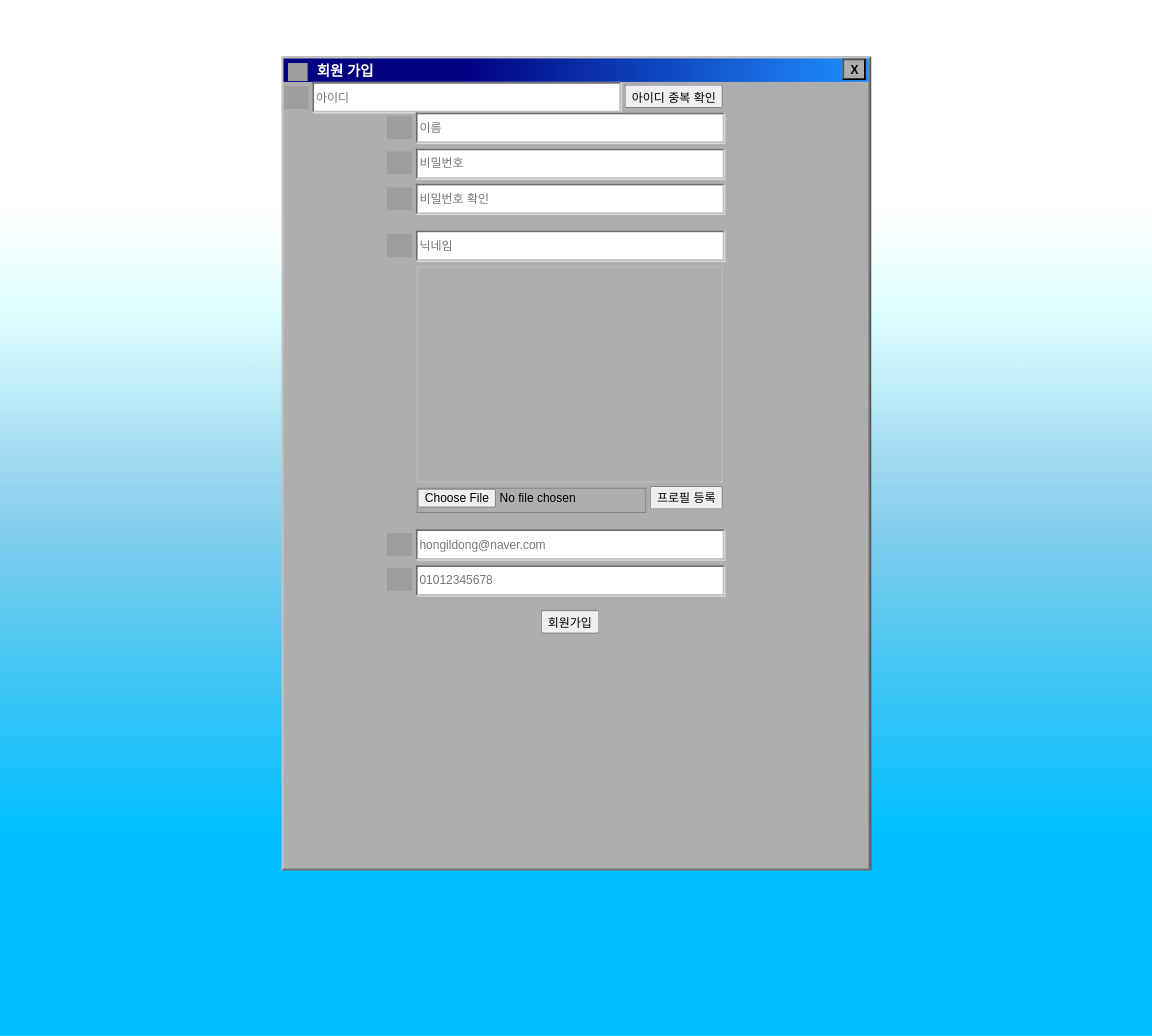
Repository: SEOGWANGWON/semi-finally
Page: http://localhost/semi_team/SHINeeRegister.jsp
These files come from the project's save history. The page is drawn as it stood at one moment and after the next save; the edit follows.
The browser window is 1280 px wide. The pictures show the whole page, at 90% of full size.
Pictures or frames that could not be fetched are drawn as grey boxes. The page is served by Tomcat 9. Other server files are loaded and not shown.

Above is the page before, as saved 2023-11-17 02:56:04.

### semi_team/src/main/webapp/SHINeeRegister.jsp
<%@ page language="java" contentType="text/html; charset=UTF-8"
    pageEncoding="UTF-8"%>
<!DOCTYPE html>
<html lang="ko">
    <head>
        <meta charset="UTF-8">
        <title>SHINee Music회원가입 페이지</title>
        <link rel="stylesheet" type="text/css" href="css/광원님.css">
    </head>
    <body>
        <div class="pageColor">
            <div class="TabColor"><img src="images/mypage.png" class="TabiconImage"><strong class="TabTextStyle">회원 가입</strong>
                <button id="pageCloseButton" type="button" class="pageCloseButton" onclick="closeButton()"><Strong class="pageCloseButtonText">X</Strong></button>
            </div>
			<div id="divid">
	                    <label for="id">
	                        <img class="iconImg" src="images/user.png">
	                    </label>
	                    <input id="id" name="id" type="text" oninput="idCheck()"  placeholder="아이디" autocomplete="off">
	                    									<!--  oninput = 입력할때마다 실시간 체크   autocomplete="off" 자동완성 기능 off -->
	                    <button id="idButton" type="button" name="idButton">아이디 중복 확인</button> <!--  onclick="idDbCheck()" -->
	                    <span id="ruleid"></span> <!--  <input type="hidden" name="idCheckBox" id="idCheckBox" value="idUnCheck">  -->
	                </div>
                <form id="createAccount" action="SHINeeRegisterServlet" method="post" enctype="multipart/form-data">

	                <div>
	                    <label for="name">
	                        <img class="iconImg" src="images/name.png">
	                    </label>
	                    <input id="name" name="name" type="text" oninput="nameCheck()" placeholder="이름" autocomplete="off">
	                    <p id="rulename"></p>
	                </div>
	                <div>
	                    <label for="pw">
	                        <img class="iconImg" src="images/password.png">
	                    </label>
	                    <input id="pw" name="pw" type="password" oninput="pwCheck()"  placeholder="비밀번호" autocomplete="off">
	                    <p id="rulepm"></p>
	                </div>
	                <div>
	                    <label for="checkpw">
	                       <img class="iconImg" src="images/passwordcheck.png">
	                    </label>
	                    <input id="checkpw" type="password" oninput="pwCheck()" placeholder="비밀번호 확인">
	                    <span id="checkpm"></span>
	                </div>
	                <br>
	                <div>
	                    <label for="nickname">
	                        <img class="iconImg" src="images/profile.png">
	                    </label>
	                    <input id="nickname" name="nickname" type="text" oninput="nicknameCheck()" placeholder="닉네임" autocomplete="off">
	                    <p id="rulenickname"></p>
	                </div>

	                <div>
	                    <div id="profileContainer">
	                        <!-- 프로필 사진을 표시할 컨테이너 -->
	                        <img id="uploadProfile">
	                    </div>
	                    <input type="file" id="profileInput" name="profileInput" accept="image/*" style="margin: 0 0 0 6%;">
	                    <button id="profileUploadButton" type="button">프로필 등록</button>
	                </div>
	                <br>
	                <div>
	                    <label for="emailid">
	                        <img class="iconImg" src="images/email.png">
	                    </label>
	                    <input id="emailid" type="email" name="emailid"  oninput="userEmailCheck()" placeholder="hongildong@naver.com" autocomplete="off">
	                    <p id="ruleemail"></p>
	                </div>
	                <div>
	                    <label for="phoneNumber">
	                        <img class="iconImg" src="images/phone.png">
	                    </label>
	                    <input id="phoneNumber" name="phoneNumber" type="text" oninput="userPhoneCheck()" placeholder="01012345678" autocomplete="off">
	                    <p id="rulephoneNumber"></p>
	                </div>
	                <button id="createUserButton" onclick="CreateUser()">회원가입</button>

            	</form>

       	</div>
       	<script src="https://code.jquery.com/jquery-3.7.1.js"
        integrity="sha256-eKhayi8LEQwp4NKxN+CfCh+3qOVUtJn3QNZ0TciWLP4="
        crossorigin="anonymous"></script>
       	<script src="js/CreateAccountPage.js">
        </script>
    </body>
</html>

### semi_team/src/main/webapp/css/광원님.css
@charset "UTF-8";
body{
    background: linear-gradient(white 20%,lightCyan 30%, skyBlue 50%, deepSkyBlue 80% ) ;
    height: 1080px;
}
.pageColor{
    width: 650px;
    height: 900px;
    margin: 0 auto;
    margin-top: 5%;
    border: 2px outset rgb(199, 195, 195);
    box-shadow: 1px 0 0 0 rgb(41, 41, 41);
    background-color: rgb(175, 174, 174);
}
#phoneNumber{
    width: 335px;
    height: 28px;
    border: 2px inset rgb(194, 192, 192);
    box-shadow: 1px 1px 1px 0 rgb(224, 222, 222);
}
#nickname{
    width: 335px;
    height: 28px;
    border: 2px inset rgb(194, 192, 192);
    box-shadow: 1px 1px 1px 0 rgb(224, 222, 222);

}
#id{
    width: 335px;
    height: 28px;
    border: 2px inset rgb(194, 192, 192);
    box-shadow: 1px 1px 1px 0 rgb(224, 222, 222);
}
#pw,#checkpw{
    width: 335px;
    height: 28px;
    border: 2px inset rgb(194, 192, 192);
    box-shadow: 1px 1px 1px 0 rgb(224, 222, 222);
}


#createAccount{
    width: 550px;
    height: 650px;
    margin-left: 10%;
    padding: 0 50px 50px;
    border-radius: 5%;
}
#emailid{
    width: 335px;
    height: 28px;
    border: 2px inset rgb(194, 192, 192);
    box-shadow: 1px 1px 1px 0 rgb(224, 222, 222);
}
input{
    border: 1.5px solid gray;
}
button{
    height: 26px;
}
input{
    height: 26px;
}
.pawnTab{
    width: 600px;

}
.iconImg{
    width: 28px;
    height: 26px;
    margin-bottom: -8px;
}
.TabColor{
    height: 26px;
    background: linear-gradient(to right,navy 30%, dodgerblue );
}
.TabiconImage{
    margin: 0 -3px -6px 5px;
    width: 22px;
    height: 20px;
}
.TabTextStyle{
    margin: 0 0 0 2%;
    color: white;
}
.pageCloseButton{
    float: right;
    margin: 0 0.5% -5% 0;
    width: 26px;
    height: 24px;
    padding: 3px;
    background-color: rgb(175, 174, 174);
}
.pageCloseButtonText{
    margin: 0 0 0 10%;
}
#uploadProfile{
    width: 340px;
    height: 240px;
    margin: 0 0 0 6%;
}
@font-face {
    font-family: 'Ramche';
    src: url('https://cdn.jsdelivr.net/gh/projectnoonnu/noonfonts_2307-1@1.1/Ramche.woff2') format('woff2');
    font-weight: normal;
    font-style: normal;
}
#checkpm{
    width: 150px;
    margin: 0;
    padding: 0;
}
#name{
    width: 335px;
    height: 28px;
    border: 2px inset rgb(194, 192, 192);
    box-shadow: 1px 1px 1px 0 rgb(224, 222, 222);
}
#createUserButton{
    margin: 2% 0 0 31%;
}

#ruleid, #rulephoneNumber, #ruleemail, #rulenickname, #rulepm, #rulename{
    font-size: 13px;
    font-weight: 800;
    color: rgb(255, 0, 0);
    padding: 0;
    margin: 1% 0 1% 6%;
}

### semi_team/src/main/webapp/js/CreateAccountPage.js
document.getElementById("profileUploadButton").addEventListener("click", function(){
    var fileInput = document.getElementById("profileInput");
    var uploadImage = document.getElementById("uploadProfile");
    var imageContainer = document.getElementById("profileContainer");

    if(fileInput.files.length > 0){
        var file = fileInput.files[0];
        var reader = new FileReader();

        reader.onload = function(e){
            uploadImage.src = e.target.result;
            imageContainer.style.display = "block";
        };

        reader.readAsDataURL(file);
    } else{
        alert("프로필 사진을 넣어야 합니다.");
    };
});

function closeButton(){

    if(confirm("회원가입을 취소하시겠습니까?.")){
        alert("회원가입이 취소되었습니다.")
        var pageMove = "https://music.apple.com/kr/browse";
        location.href=pageMove;
    };
};

function idCheck(){

	var userid = document.getElementById("id").value;
	const idPattarn =  /^[A-za-z0-9]{4,12}$/;

	if(idPattarn.test(userid)){
		$('#ruleid').text('조건 일치').css('color', 'green');
	}else{
        $('#ruleid').text("아이디는 4 ~ 12 자의 숫자,영어 로만 구성되어야합니다").css('color', 'red');
     };

     document.userInfo.idCheckBox.value = "idUnCheck"

};



/*
function idDbCheck(){
	const a = docu
	a.value
	window.name = "parentForm";
	window.open("Id_Check.jsp?=",
	"checkForm", "width=500, height=300, resizable = no, scrollbars = no");

	}
	*/


function nameCheck(){

    var username = document.getElementById("name").value;
    const namePattarn = /^[가-힣]{1,15}$/;

    if(namePattarn.test(username)){
		$('#rulename').text('조건 일치').css('color', 'green');
	}else{
        $('#rulename').text("이름은 15자 이하의 한글로만 구성되어야 합니다.").css('color', 'red');
     };
};


function pwCheck(){

	var password = document.getElementById("pw").value;
    const passwordPattarn = /^(?=.*[a-z])(?=.*[A-Z])(?=.*\d)(?=.*[@$!%*?&])[A-Za-z\d@$!%*?&]{6,32}$/;

    if(passwordPattarn.test(password)){
		$('#rulepm').text('조건 일치').css('color', 'green');
	}else{
        $('#rulepm').text("비밀번호는 6 ~ 32자의 영문, 대문자, 소문자, 특수문자, 숫자를 포함해야합니다.").css('color', 'red');
     };

    if($('#pw').val() == $('#checkpw').val()){
        $('#checkpm').text('비밀번호 일치').css('color', 'green');
    }else{
        $('#checkpm').text('비밀번호가 불일치').css('color', 'red');
    };
};

function nicknameCheck(){

    var userNickname = document.getElementById("nickname").value;
    const nicknamePattarn =  /^[가-힣A-za-z0-9]{1,20}$/;

    if(nicknamePattarn.test(userNickname)){
		$('#rulenickname').text('조건 일치').css('color', 'green');
	}else{
        $('#rulenickname').text("닉네임은 20자 이하의 영어,숫자,한글로만 구성되어야 합니다.").css('color', 'red');
     };

};

function userEmailCheck(){

    var userEmail = document.getElementById("emailid").value;
    const emailPattarn =  /^[A-Za-z-0-9\-\.]+@[A-Ja-z-0-9\-\.]+\.[A-Ja-z-0-9]+$/;

    if(emailPattarn.test(userEmail)){
		$('#ruleemail').text('조건 일치').css('color', 'green');
	}else{
        $('#ruleemail').text("이메일은 80자 이하의 @과.를 포함한 영어, 숫자로만 구성되어야 합니다.").css('color', 'red');
     };
};

function userPhoneCheck(){

    var userPhone = document.getElementById("phoneNumber").value;
    const phonePattarn = /^(010|011)[0-9]{8}$/;

    if(phonePattarn.test(userPhone)){
		$('#rulephoneNumber').text('조건 일치').css('color', 'green');
	}else{
        $('#rulephoneNumber').text("올바른 번호가 아닙니다.").css('color', 'red');
     };
}






function CreateUser(){

    var userid = document.getElementById("id").value;
    var username = document.getElementById("name").value;
    var password = document.getElementById("pw").value;
    var passwordCheck = document.getElementById("checkpw").value;
    var userNickname = document.getElementById("nickname").value;
    var userEmail = document.getElementById("emailid").value;
    var userPhone = document.getElementById("phoneNumber").value;
    //var idCheckBox = document.getElementById("idCheckBox").value;



    const idPattarn =  /^[A-za-z0-9]{4,12}$/;
    const namePattarn = /^[가-힣]{1,15}$/;
    const passwordPattarn = /^(?=.*[a-z])(?=.*[A-Z])(?=.*\d)(?=.*[@$!%*?&])[A-Za-z\d@$!%*?&]{6,32}$/;
    const nicknamePattarn =  /^[가-힣A-za-z0-9]{1,20}$/;
    const emailPattarn =  /^[A-Za-z-0-9\-\.]+@[A-Ja-z-0-9\-\.]+\.[A-Ja-z-0-9]+$/;
    const phonePattarn = /^(010|011)[0-9]{8}$/;

    if(!userid.match(idPattarn)){
        alert("아이디는 4 ~ 12 자의 숫자,영어 로만 구성되어야합니다");
        return false;
   /* else if(idCheckBox !="idOnCheck"){
        alert("아이디 중복체크를 하셔야합니다.")
        return false;
        }*/

    }else if(!username.match(namePattarn)){
        alert("이름은 15자 이하의 한글로만 구성되어야 합니다.");
        return false;
    }else if(!password.match(passwordPattarn)){
        alert("비밀번호는 6 ~ 32자의 영문, 대문자, 소문자, 특수문자, 숫자를 포함해야합니다.");
        return false;
    }else if(password !== passwordCheck){
        alert("비밀번호가 일치하지 않습니다.");
        return false;
    }else if(!userNickname.match(nicknamePattarn)){
        alert("닉네임은 20자 이하의 영어,숫자,한글로만 구성되어야 합니다.");
        return false;
    }else if(!userEmail.match(emailPattarn)){
        alert("이메일은 80자 이하의 @과.를 포함한 영어, 숫자로만 구성되어야 합니다.")
        return false;
    }else if(!userPhone.match(phonePattarn)){
        alert("올바른 번호가 아닙니다.");
        return false;
    }
    alert("SHINee Musci에 오신걸 환영합니다!")



	/*
	var idCheckResult = $('#idCheckBox').val();

    // 아이디 중복 확인이 되었는지 확인
    if (idCheckResult === 'idUnCheck') {
        alert('아이디 중복 확인을 해주세요.');
        return;
    }
    */





    //alert("회원가입이 정상적으로 완료되었습니다!.");
    //var pageMove = "https://music.apple.com/kr/browse";
    //location.href=pageMove;     // ( 현재 페이지에서 이동 )

    // window.open(사이트링크) ( 새창 열기 )


     }

After the next save:
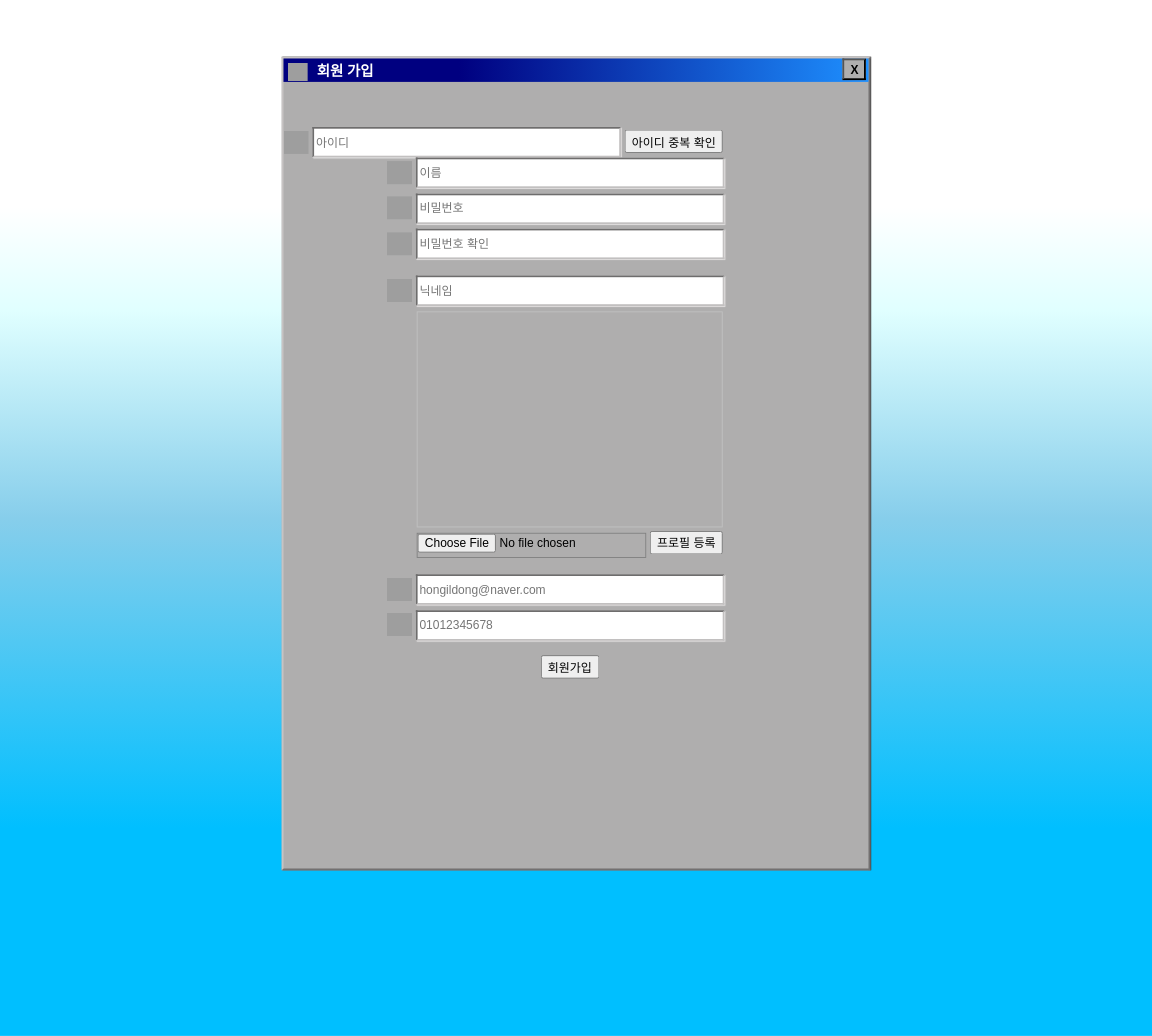
Saved 42 s later.
--- a/semi_team/src/main/webapp/css/광원님.css
+++ b/semi_team/src/main/webapp/css/광원님.css
@@ -37,7 +37,9 @@ body{
     border: 2px inset rgb(194, 192, 192);
     box-shadow: 1px 1px 1px 0 rgb(224, 222, 222);
 }
-
+#divid{
+	padding: 50px 0 0 0;
+}
 
 #createAccount{
     width: 550px;
